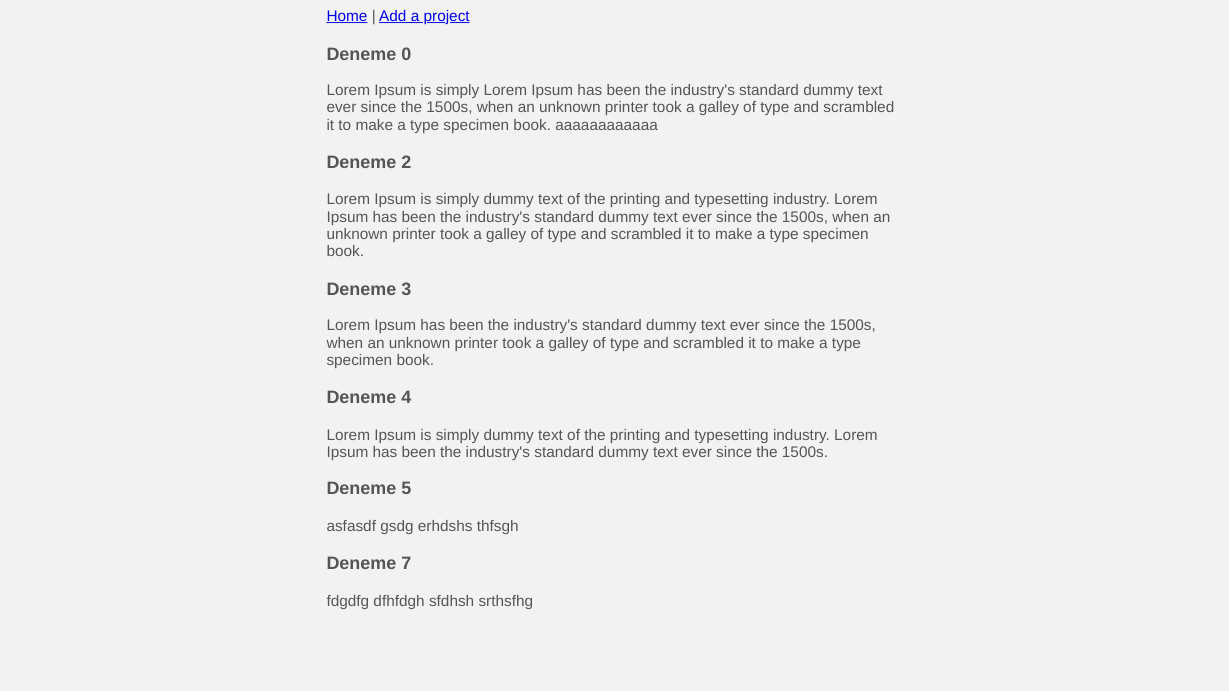
Repository: sercanisli/task-app
Page: /
An editor plug-in stored every save of this project. The page is shown before and after the next save, followed by the edit.
The browser window is 1280 px wide. The pictures show the whole page, at 96% of full size.
The project was rebuilt for these pictures with package versions that can differ from the ones it lists, and the page was loaded fresh each time. Requests to the local data server were answered from the project's data file. Also part of the build but not shown: vue.config.js. Imported but missing from the stored project, and not drawn on this page: src/views/AddProject.vue.

Above is the page before, as saved 2024-04-25 23:16:45.

After the next save:
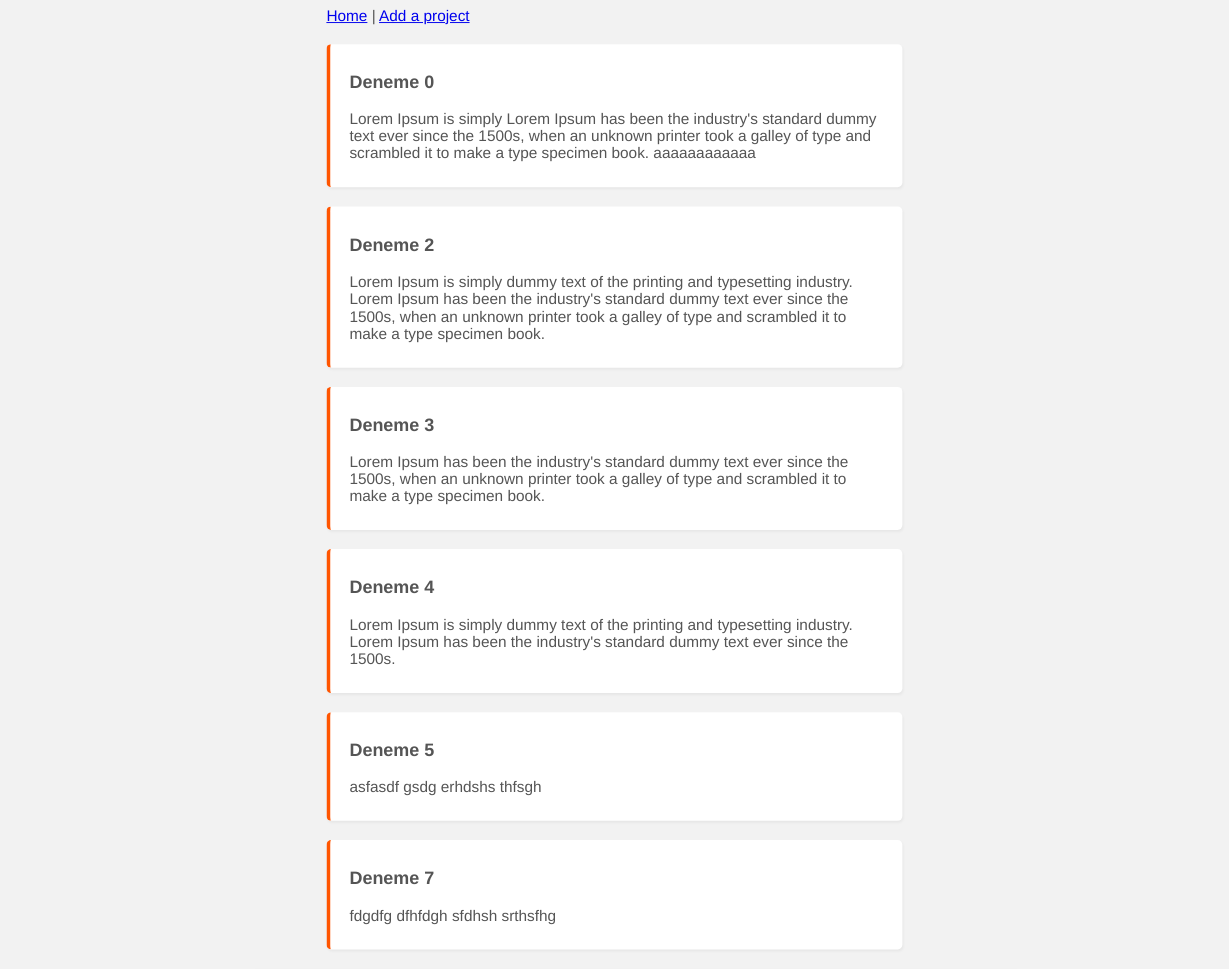
Saved 75 s later.
--- a/src/views/Home.vue
+++ b/src/views/Home.vue
@@ -29,3 +29,37 @@ export default {
   }
 }
 </script>
+
+<style scoped>
+.project {
+  margin: 20px auto;
+  background: #fff;
+  padding: 10px 20px;
+  border-radius: 5px;
+  box-shadow: 1px 2px 3px rgba(0, 0, 0, 0.05);
+  border-left: 4px solid #ff5500;
+}
+h3 {
+  cursor: pointer;
+}
+.actions {
+  display: flex;
+  justify-content: space-between;
+  align-items: center;
+}
+.material-icons {
+  font-size: 24px;
+  margin-left: 10px;
+  color: #bbb;
+  cursor: pointer;
+}
+.material-icons:hover {
+  color: #777;
+}
+.project.complete {
+  border-left: 4px solid #76dd78;
+}
+.project.complete .tick {
+  color: #76dd78;
+}
+</style>
